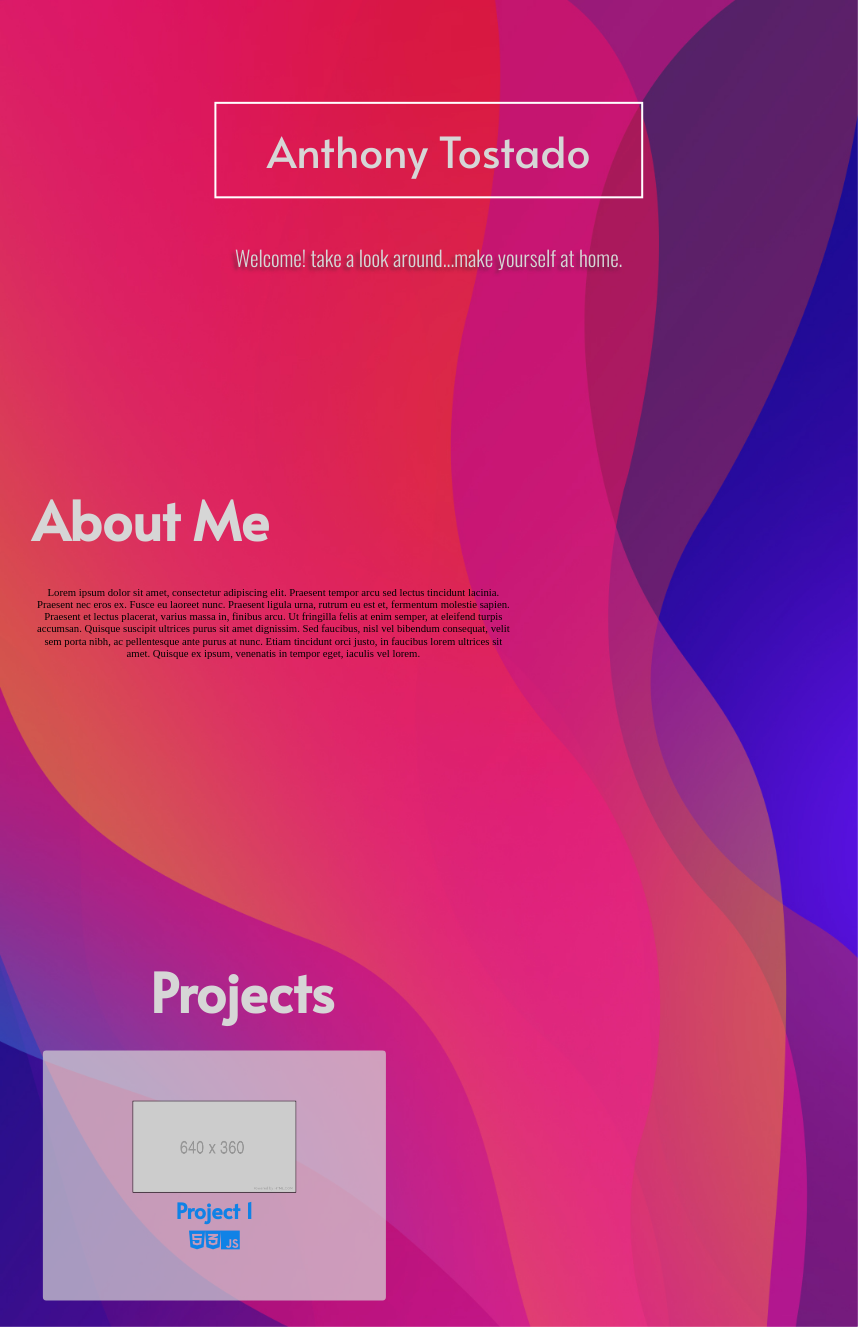
Repository: sloppytony/newport
Page: / (app in portfolio/)
These files come from the project's save history. The page is drawn as it stood at one moment and after the next save; the edit follows.
The browser window is 1280 px wide. The pictures show the whole page, at 67% of full size.
Backgrounds fixed to the window are drawn as part of the page. Some web libraries are served in a nearby version. The project was rebuilt for these pictures with package versions that can differ from the ones it lists, and the page was loaded fresh each time.

Above is the page before, as saved 2020-08-23 14:23:03.

### portfolio/public/index.html
<!DOCTYPE html>
<html lang="en">
  <head>
    <meta charset="utf-8" />
    <link rel="icon" href="%PUBLIC_URL%/favicon.ico" />
    <meta name="viewport" content="width=device-width, initial-scale=1" />
    <meta name="theme-color" content="#000000" />
    <meta
      name="description"
      content="Web site created using create-react-app"
    />
    <link rel="apple-touch-icon" href="%PUBLIC_URL%/logo192.png" />
    <!--
      manifest.json provides metadata used when your web app is installed on a
      user's mobile device or desktop. See https://developers.google.com/web/fundamentals/web-app-manifest/
    -->
    <link rel="manifest" href="%PUBLIC_URL%/manifest.json" />
    <!--
      Notice the use of %PUBLIC_URL% in the tags above.
      It will be replaced with the URL of the `public` folder during the build.
      Only files inside the `public` folder can be referenced from the HTML.

      Unlike "/favicon.ico" or "favicon.ico", "%PUBLIC_URL%/favicon.ico" will
      work correctly both with client-side routing and a non-root public URL.
      Learn how to configure a non-root public URL by running `npm run build`.
    -->
    <link
      href="https://fonts.googleapis.com/css2?family=Alata&family=Oswald:wght@300&display=swap"
      rel="stylesheet"
    />
    <script
      src="https://kit.fontawesome.com/9a01f23326.js"
      crossorigin="anonymous"
    ></script>
    <title>React App</title>
  </head>
  <body>
    <noscript>You need to enable JavaScript to run this app.</noscript>
    <div id="root"></div>
    <!--
      This HTML file is a template.
      If you open it directly in the browser, you will see an empty page.

      You can add webfonts, meta tags, or analytics to this file.
      The build step will place the bundled scripts into the <body> tag.

      To begin the development, run `npm start` or `yarn start`.
      To create a production bundle, use `npm run build` or `yarn build`.
    -->
  </body>
</html>

### portfolio/src/index.css
* {
  margin: 0;
  padding: 0;
  box-sizing: border-box;
}

body {
  background-image: url("./img/8_28_orig.png");
  background-size: cover;
  background-attachment: fixed;
}

### portfolio/src/App.js
import React from "react";

import "./App.css";

function App() {
  return (
    <body>
      <div className="everything">
        <div className="section1">
          <h1 className="mainTitle">Anthony Tostado</h1>
          <p className="mainPara">
            Welcome! take a look around...make yourself at home.
          </p>
          <h2 className="scroll">Scroll</h2>
        </div>
        <div className="section2">
          <h1 className="aboutTitle">About Me</h1>
          <p className="aboutPara">
            Lorem ipsum dolor sit amet, consectetur adipiscing elit. Praesent
            tempor arcu sed lectus tincidunt lacinia. Praesent nec eros ex.
            Fusce eu laoreet nunc. Praesent ligula urna, rutrum eu est et,
            fermentum molestie sapien. Praesent et lectus placerat, varius massa
            in, finibus arcu. Ut fringilla felis at enim semper, at eleifend
            turpis accumsan. Quisque suscipit ultrices purus sit amet dignissim.
            Sed faucibus, nisl vel bibendum consequat, velit sem porta nibh, ac
            pellentesque ante purus at nunc. Etiam tincidunt orci justo, in
            faucibus lorem ultrices sit amet. Quisque ex ipsum, venenatis in
            tempor eget, iaculis vel lorem.{" "}
          </p>
        </div>
        <div className="section3">
          <h1 className="projectTitle">Projects</h1>
          <div className="projectContent">
            <div className="card1">
              <img
                className="cardImage"
                src={require("../src/img/640x360.png")}
              ></img>
              <h1 className="cardTitle">Project 1</h1>
              <section className="icons">
                <i class="fab fa-html5 fa-2x"></i>
                <i class="fab fa-css3-alt fa-2x"></i>
                <i class="fab fa-js fa-2x"></i>
              </section>
            </div>
          </div>
        </div>
      </div>
    </body>
  );
}

export default App;

### portfolio/src/App.css
.image {
  width: 100%;
  height: 100%;
}

/*opening page*/
.section1 {
  height: 100vh;
  width: 100%;

  color: rgb(16, 130, 230);
  display: flex;
  justify-content: center;
  align-items: center;
  flex-direction: column;
}

.mainTitle {
  font-family: "Alata", sans-serif;
  font-weight: 100;
  font-size: 400%;
  display: flex;
  justify-content: center;
  align-items: center;
  text-align: center;
  color: rgb(214, 214, 214);

  animation: fadeIn 1.5s;
  border: 3px solid white;
  width: 50%;
  height: 20%;
}

.mainPara {
  font-family: "Oswald", sans-serif;
  font-size: 200%;
  display: flex;
  align-items: center;
  text-align: center;
  color: rgb(214, 214, 214);
  padding: 5%;
  text-shadow: -5px 5px 5px rgba(44, 44, 44, 0.5);
  animation: fadeIn 1.5s;
}

.scroll {
  font-family: "Oswald", sans-serif;
  font-size: 300%;
  padding-bottom: 2%;
  animation: pulse 2.5s infinite;
  color: rgb(214, 214, 214);
}

/*about*/
.section2 {
  height: 75vh;
  width: 75%;
  overflow: hidden;
}

h1.aboutTitle {
  height: 20%;
  width: 100%;
  margin-left: 5%;
  font-family: "Alata", sans-serif;
  font-size: 500%;
  color: rgb(214, 214, 214);
}

p.aboutPara {
  width: 75%;
  height: 20vh;
  text-align: center;
  margin: 5%;
}

/*projects*/
.section3 {
  height: 100vh;
  width: 100%;

  color: rgb(16, 130, 230);
  display: flex;
  justify-content: center;
  align-items: center;
  flex-direction: column;
}

div.projectContent {
  width: 100%;
}

h1.projectTitle {
  height: 20vh;
  width: 75%;
  margin-left: 10%;
  font-size: 500%;
  font-family: "Alata", sans-serif;
  color: rgb(214, 214, 214);
}

div.card1 {
  height: 150%;
  width: 40%;
  display: flex;
  justify-content: center;
  align-items: center;
  flex-direction: column;
  background: rgb(214, 214, 214, 0.7);
  border-radius: 5px 5px 5px;
  margin-left: 5%;
  padding: 1%;
}

.cardImage {
  width: 50%;
  border: 1px solid black;
}

h1.cardTitle {
  margin: 1%;
  font-size: 300;
  font-family: "Alata", sans-serif;
}

@keyframes fadeIn {
  from {
    opacity: 0;
  }
  to {
    opacity: 1;
  }
}

@keyframes pulse {
  0% {
    opacity: 0;
  }

  50% {
    opacity: 1;
  }
  100% {
    opacity: 0;
  }
}

Loaded but not shown: portfolio/src/index.js (common file); portfolio/src/serviceWorker.js (common file)

After the next save:
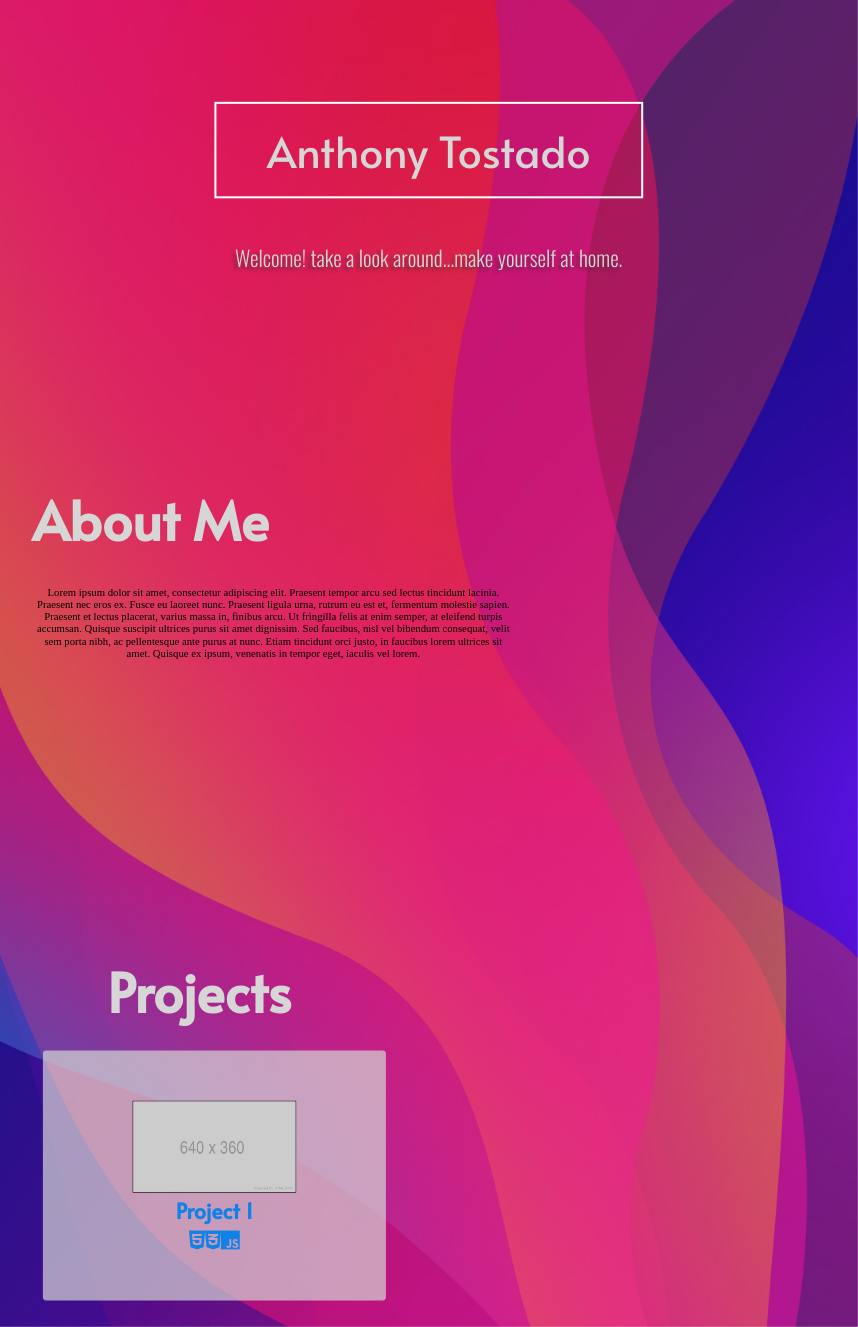
Saved 8 s later.
--- a/portfolio/src/App.css
+++ b/portfolio/src/App.css
@@ -93,7 +93,7 @@ div.projectContent {
 h1.projectTitle {
   height: 20vh;
   width: 75%;
-  margin-left: 10%;
+
   font-size: 500%;
   font-family: "Alata", sans-serif;
   color: rgb(214, 214, 214);
